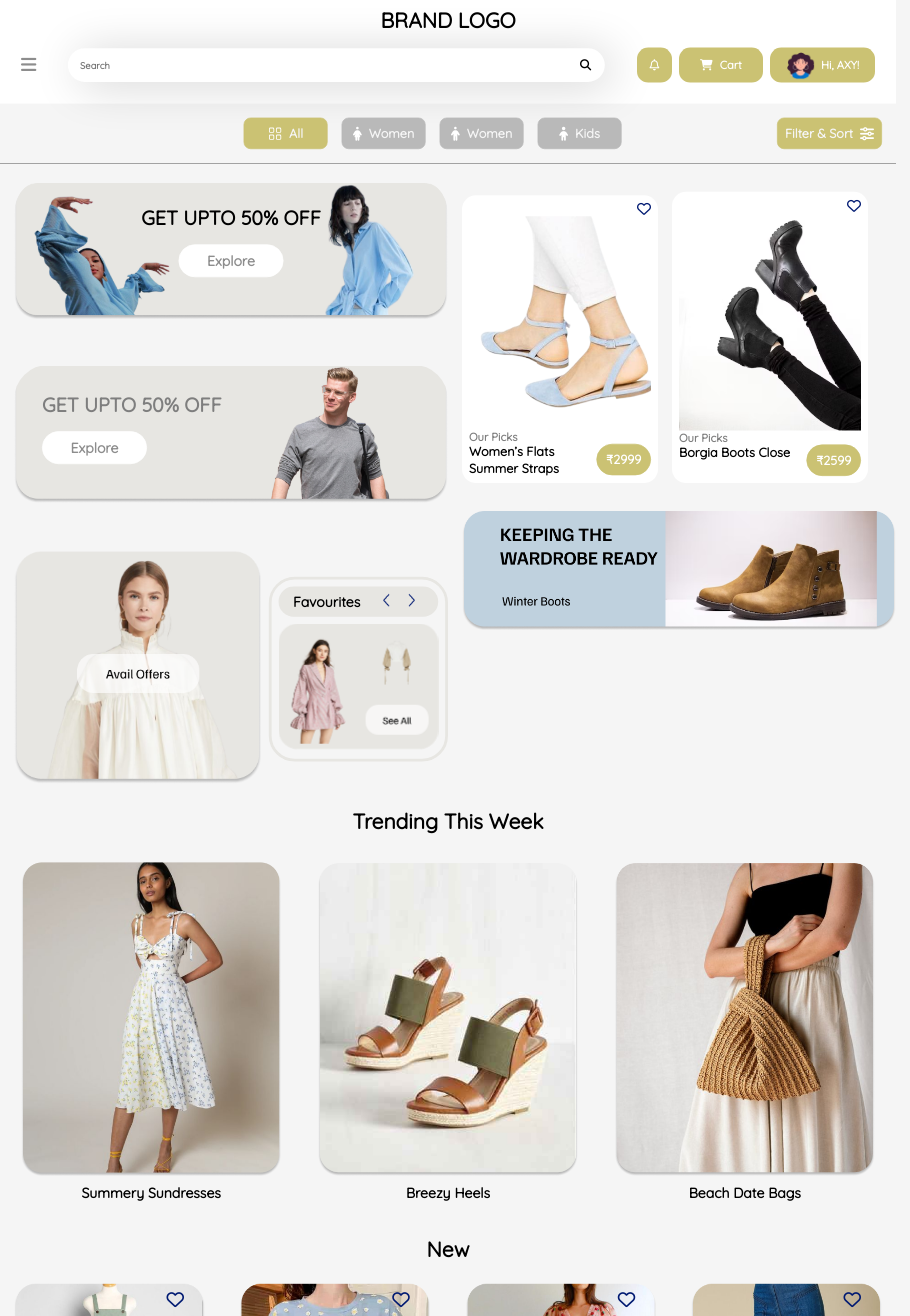
Repository: FlyweisReact/Jaspal
Page: /homepage
The author's editor kept a copy of each file at every save. The page is drawn from the files as they stood at one save, then again after a run of saves.
The browser window is 1280 px wide. The page is 1300 px wide, so the pictures cover 1300 px, including what lies to the right of the window. The pictures show the part of the page from y = 0 to 1880 px (the page is 2570 px tall), at 70% of full size.
Some web libraries are served in a nearby version. The project was rebuilt for these pictures with package versions that can differ from the ones it lists, and the page was loaded fresh each time. Also part of the build but not shown: src/Pages/Login/Login.js.

Above is the page before, as saved 2023-08-19 12:42:06.

After the next 2 saves:
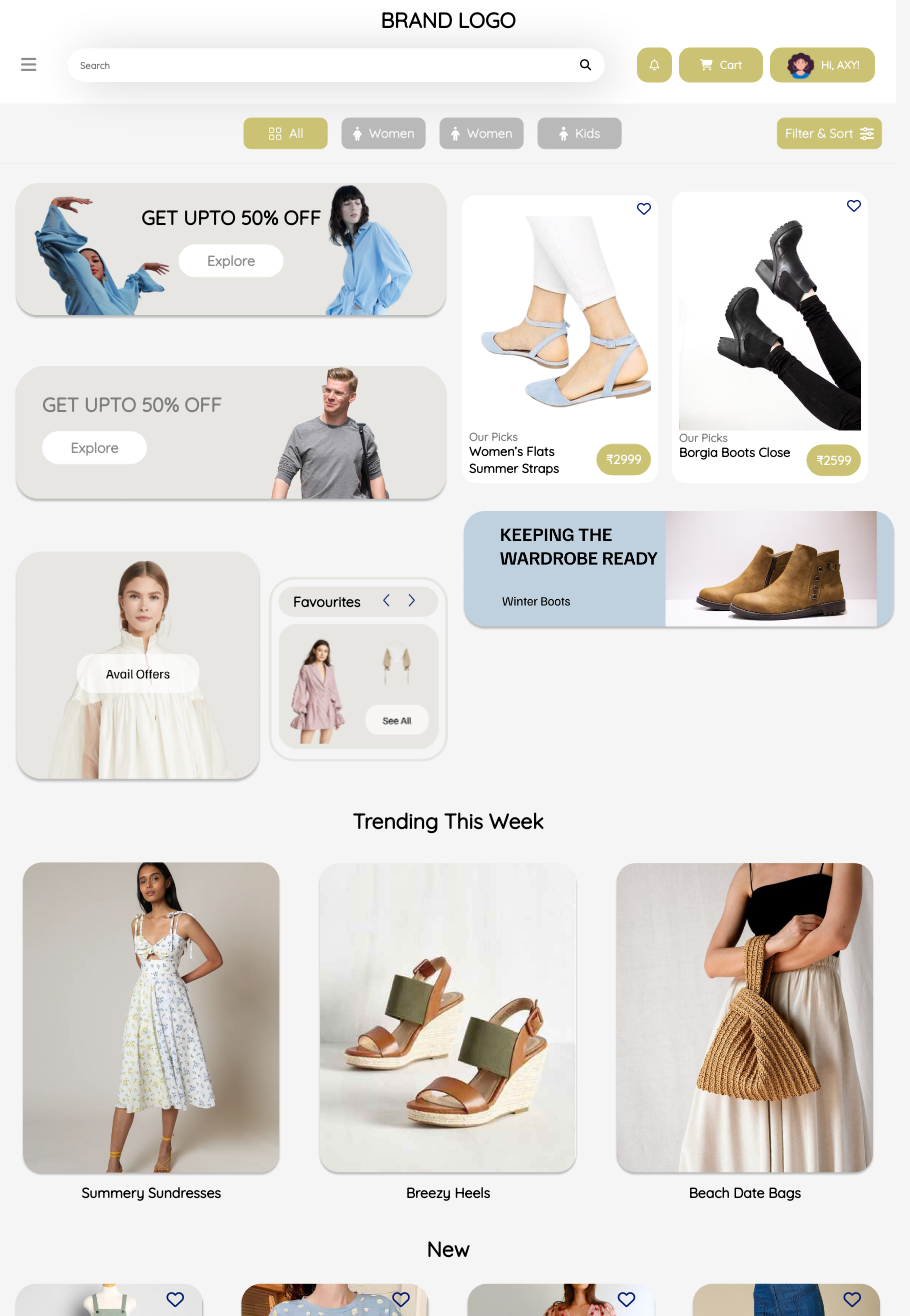
The 2 saves are shown as one change because they came seconds apart.
The last was saved 16 s later.
--- a/src/CSS/Footer.css
+++ b/src/CSS/Footer.css
@@ -61,7 +61,8 @@
 }
 
 .Filter-C .empty {
-  background-color: #7e7e7e;
+  background-color: #EDEDED;
   height: 1px;
 
+
 }
